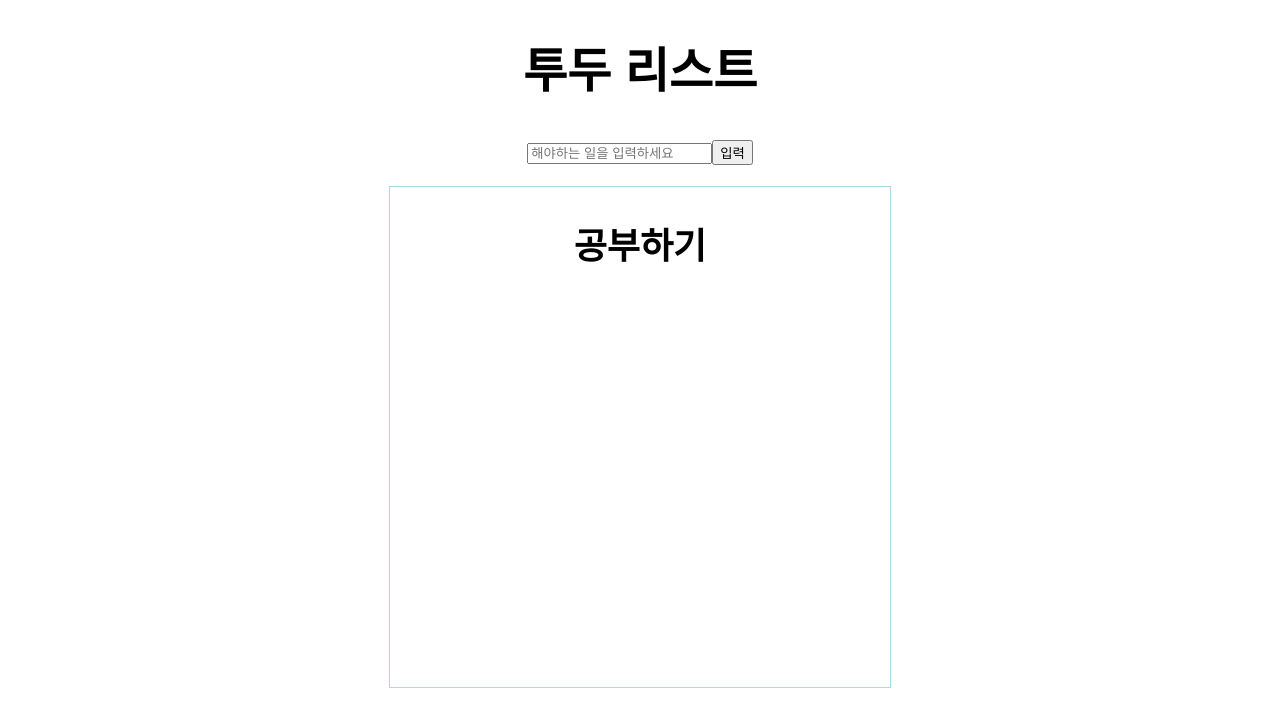
Repository: jun01270/Todo-List_React
Page: /
These files come from the project's save history. The page is drawn as it stood at one moment and after the next save; the edit follows.
The browser window is 1280 px wide. The pictures show the whole page.
The project was rebuilt for these pictures with package versions that can differ from the ones it lists, and the page was loaded fresh each time.

Above is the page before, as saved 2023-01-02 13:57:45.

### public/index.html
<!DOCTYPE html>
<html lang="en">
  <head>
    <meta charset="utf-8" />
    <link rel="preconnect" href="https://fonts.googleapis.com" />
    <link rel="preconnect" href="https://fonts.gstatic.com" crossorigin />
    <link
      href="https://fonts.googleapis.com/css2?family=Nanum+Pen+Script&display=swap"
      rel="stylesheet"
    />
    <meta name="viewport" content="width=device-width, initial-scale=1" />
    <meta name="theme-color" content="#000000" />
    <meta
      name="description"
      content="Web site created using create-react-app"
    />
    <link rel="apple-touch-icon" href="%PUBLIC_URL%/logo192.png" />
    <!--
      manifest.json provides metadata used when your web app is installed on a
      user's mobile device or desktop. See https://developers.google.com/web/fundamentals/web-app-manifest/
    -->
    <link rel="manifest" href="%PUBLIC_URL%/manifest.json" />
    <!--
      Notice the use of %PUBLIC_URL% in the tags above.
      It will be replaced with the URL of the `public` folder during the build.
      Only files inside the `public` folder can be referenced from the HTML.

      Unlike "/favicon.ico" or "favicon.ico", "%PUBLIC_URL%/favicon.ico" will
      work correctly both with client-side routing and a non-root public URL.
      Learn how to configure a non-root public URL by running `npm run build`.
    -->
    <title>React App</title>
  </head>
  <body>
    <noscript>You need to enable JavaScript to run this app.</noscript>
    <div id="root"></div>
    <!--
      This HTML file is a template.
      If you open it directly in the browser, you will see an empty page.

      You can add webfonts, meta tags, or analytics to this file.
      The build step will place the bundled scripts into the <body> tag.

      To begin the development, run `npm start` or `yarn start`.
      To create a production bundle, use `npm run build` or `yarn build`.
    -->
  </body>
</html>

### src/App.js
import "./App.css";
import Todo from "./todo";

function App() {
  return (
    <div className="todo">
      <Todo />
    </div>
  );
}

export default App;

### src/App.css
.todo {
  font-family: "Nanum Pen Script", cursive;
  font-size: x-large;
  display: flex;
  justify-content: center;
  text-align: center;
}

.todo-Form {
}

.todo-title {
}

.todo-items {
  margin-top: 20px;
  width: 500px;
  height: 500px;
  border: 1px solid lightblue;
}

### src/todo.js
import { useState } from "react";
import "./App.css";

function Todo() {
  const handleEvent = (event) => {
    setInputValue(event.target.value);
  };

  const [inputValue, setInputValue] = useState("");
  const [todoList, setTodoList] = useState([]);

  const addTodo = () => {
    console.log("I'm Todo", inputValue);
    setTodoList(...todoList, inputValue);
  };

  return (
    <div id="todo">
      <h1 className="todo-title">투두 리스트</h1>
      <div className="todo-form">
        <div className="todo-input">
          <input
            type="text"
            placeholder="해야하는 일을 입력하세요"
            onChange={handleEvent}
            value={inputValue}
          ></input>
          <button onClick={addTodo}>입력</button>
        </div>
        <div className="todo-items">
          <h2>공부하기</h2>
          <h3>{todoList}</h3>
        </div>
      </div>
    </div>
  );
}

export default Todo;

Loaded but not shown: src/index.js (common file); src/index.css (common file); src/reportWebVitals.js (common file)

After the next save:
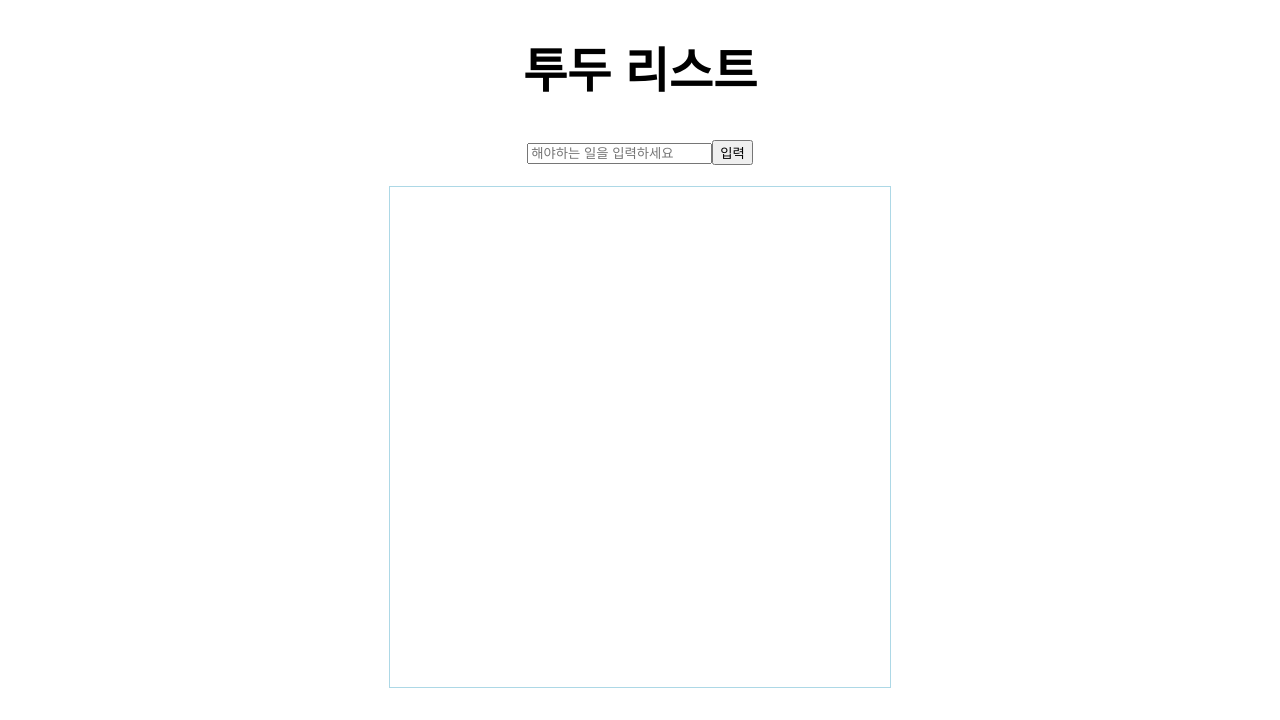
Saved 25 min 35 s later.
--- a/src/todo.js
+++ b/src/todo.js
@@ -28,7 +28,7 @@ function Todo() {
           <button onClick={addTodo}>입력</button>
         </div>
         <div className="todo-items">
-          <h2>공부하기</h2>
+          <h2>{inputValue}</h2>
           <h3>{todoList}</h3>
         </div>
       </div>
